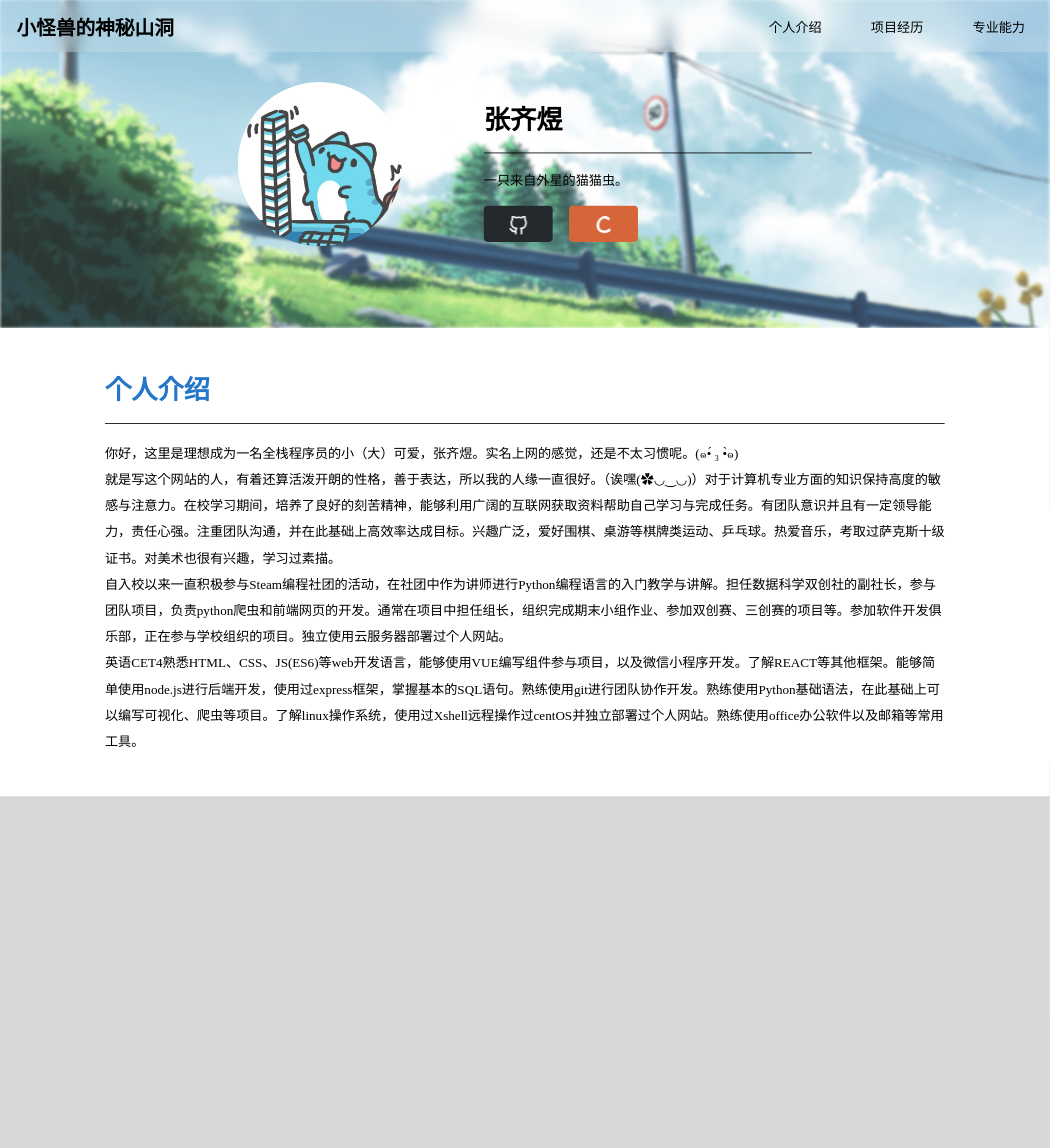
Repository: TheBiggestFatCat/myblog-frontend
Page: /
These files come from the project's save history. The page is drawn as it stood at one moment and after the next save; the edit follows.
The browser window is 1280 px wide. The pictures show the whole page, at 82% of full size.
The project was rebuilt for these pictures with package versions that can differ from the ones it lists, and the page was loaded fresh each time. Also part of the build but not shown: vite.config.ts.

Above is the page before, as saved 2023-02-26 11:06:22.

### src/style.css
* {
  margin: 0;
  box-sizing: border-box;
  padding: 0;
}

/* :root {
  font-family: Inter, system-ui, Avenir, Helvetica, Arial, sans-serif;
  line-height: 1.5;
  font-weight: 400;

  color-scheme: light dark;
  color: rgba(255, 255, 255, 0.87);
  background-color: #242424;

  font-synthesis: none;
  text-rendering: optimizeLegibility;
  -webkit-font-smoothing: antialiased;
  -moz-osx-font-smoothing: grayscale;
  -webkit-text-size-adjust: 100%;
}

a {
  font-weight: 500;
  color: #646cff;
  text-decoration: inherit;
}
a:hover {
  color: #535bf2;
}

body {
  margin: 0;
  display: flex;
  place-items: center;
  min-width: 320px;
  min-height: 100vh;
}

h1 {
  font-size: 3.2em;
  line-height: 1.1;
}

button {
  border-radius: 8px;
  border: 1px solid transparent;
  padding: 0.6em 1.2em;
  font-size: 1em;
  font-weight: 500;
  font-family: inherit;
  background-color: #1a1a1a;
  cursor: pointer;
  transition: border-color 0.25s;
}
button:hover {
  border-color: #646cff;
}
button:focus,
button:focus-visible {
  outline: 4px auto -webkit-focus-ring-color;
}

.card {
  padding: 2em;
}

#app {
  max-width: 1280px;
  margin: 0 auto;
  padding: 2rem;
  text-align: center;
}

@media (prefers-color-scheme: light) {
  :root {
    color: #213547;
    background-color: #ffffff;
  }
  a:hover {
    color: #747bff;
  }
  button {
    background-color: #f9f9f9;
  }
} */

### src/App.vue
<script setup lang="ts">
import Home from './components/Home/Home.vue';
</script>

<template>
  <Home/>
</template>

<style scoped>
</style>

### src/components/Home/Home.vue
<template>
  <div class="home">
    <!-- 导航栏 -->
    <Navigation></Navigation>

    <!-- 头部 -->
    <div class="home-top">
      <div class="avatar">
        <img :src="avatar" alt="Image">
      </div>
      <div class="avatar-right">
        <h2>{{ name }}</h2>
        <div class="border"></div>
        <p v-for="i in introduction" :key="i">{{ i }}</p>
        <a href="https://github.com/" target="_blank">
          <button><img src="@/assets/icons/github.svg" style="position: relative; top: 4px;" alt=""></button>
        </a>
        <a href="https://blog.csdn.net/" target="_blank">
          <button><img src="@/assets/icons/csdn.svg" style="position: relative; top: 2px; width: 24px" alt=""></button>
        </a>
      </div>
    </div>

    <!-- 头部以下 -->
    <div class="home-body">
      <div class="personal">
        <h3>个人介绍</h3>
        <div class="border"></div>
        <p v-for="i in personalText">{{ i }}</p>
      </div>
    </div>
  </div>
</template>

<script lang='ts' setup>
import Navigation from './Navigation.vue';
import { ref } from 'vue'

// 头像
const avatar = ref('src/assets/pics/avatar.jpg')

// 姓名
const name = '张齐煜'

// 顶部介绍，允许多行
const introduction = [
  '一只来自外星的猫猫虫。',
]

// 头部以下

// 个人介绍
const personalText = [
  '你好，这里是理想成为一名全栈程序员的小（大）可爱，张齐煜。实名上网的感觉，还是不太习惯呢。(๑•́ ₃ •̀๑)',
  '就是写这个网站的人，有着还算活泼开朗的性格，善于表达，所以我的人缘一直很好。（诶嘿(✿◡‿◡)）对于计算机专业方面的知识保持高度的敏感与注意力。在校学习期间，培养了良好的刻苦精神，能够利用广阔的互联网获取资料帮助自己学习与完成任务。有团队意识并且有一定领导能力，责任心强。注重团队沟通，并在此基础上高效率达成目标。兴趣广泛，爱好围棋、桌游等棋牌类运动、乒乓球。热爱音乐，考取过萨克斯十级证书。对美术也很有兴趣，学习过素描。',
  '自入校以来一直积极参与Steam编程社团的活动，在社团中作为讲师进行Python编程语言的入门教学与讲解。担任数据科学双创社的副社长，参与团队项目，负责python爬虫和前端网页的开发。通常在项目中担任组长，组织完成期末小组作业、参加双创赛、三创赛的项目等。参加软件开发俱乐部，正在参与学校组织的项目。独立使用云服务器部署过个人网站。',
  '英语CET4熟悉HTML、CSS、JS(ES6)等web开发语言，能够使用VUE编写组件参与项目，以及微信小程序开发。了解REACT等其他框架。能够简单使用node.js进行后端开发，使用过express框架，掌握基本的SQL语句。熟练使用git进行团队协作开发。熟练使用Python基础语法，在此基础上可以编写可视化、爬虫等项目。了解linux操作系统，使用过Xshell远程操作过centOS并独立部署过个人网站。熟练使用office办公软件以及邮箱等常用工具。'
]

</script>

<style lang="less" scoped>
.home-top {
  width: 100vw;
  height: 400px;
  align-items: center;
  display: flex;
  flex-flow: row nowrap;
  justify-content: center;

  .avatar {
    width: 300px;
    height: 200px;
    padding-right: 60px;

    img {
      width: 200px;
      height: 200px;
      border-radius: 50%;
    }
  }

  .avatar-right {
    width: 400px;
    height: 160px;

    h2 {
      font-size: 32px;
    }

    .border {
      margin: 20px 0 20px 0;
      width: 100%;
      border-top: 1px solid #000;
    }

    p {
      margin-bottom: 20px;
    }

    // github按钮
    a:nth-of-type(1) button {
      background-color: #24292e;
      color: #fff;
      padding: 8px 30px;
      border: none;
      border-radius: 5px;
      font-size: 16px;
      cursor: pointer;
      transition: all .2s;
    }

    a:nth-of-type(1) button:hover {
      background-color: #3e4147;
    }

    // csdn按钮
    a:nth-of-type(2) button{
      background-color: #d66639;
      color: #fff;
      padding: 8px 30px;
      border: none;
      border-radius: 5px;
      font-size: 16px;
      cursor: pointer;
      transition: all .2s;
      margin-left: 20px;
    }

    a:nth-of-type(2) button:hover {
      background-color: #d87d59;
    }
  }
}

.home-top::before {
  content: "";
  position: absolute;
  top: 0;
  left: 0;
  width: 100vw;
  height: 400px;
  // width: 100%;
  // height: 100%;
  background-image: url(@/assets/pics/home3.jpg);
  background-position: 0 -400px;
  background-size: cover;
  filter: blur(2px);
  /* 设置模糊半径 */
  opacity: 0.85;
  /* 设置不透明度 */
  z-index: -1;
  /* 将遮罩层放在最底层 */
}

.home-body {
  height: 1000px;
  background-color: #d8d8d8;

  .personal {
    background-color: #fff;
    padding: 50px 10vw 50px 10vw;
    h3 {
      font-size: 32px;
      color: #2376c8;
    }
    .border {
      width: 100%;
      margin: 20px 0 20px 0;
      border-top: 1px solid #000;
    }
    p {
      line-height: 200%;
    }
  }


}
</style>

### src/components/Home/Navigation.vue
<template>
  <nav :class="{'bg-white': !isTop, 'bg-blur': isTop}">
      <div class="logo">小怪兽的神秘山洞</div>
        <div class="ui">
          <div>个人介绍</div>
          <div>项目经历</div>
          <div>专业能力</div>
        </div>
  </nav>
</template>

<script lang="ts">
import { onMounted, onUnmounted, ref } from 'vue'

export default {
  name: 'Navigation',

  setup() {
    const isTop = ref(true)

    const handleScroll = () => {
      isTop.value = window.pageYOffset === 0
    }

    onMounted(() => {
      window.addEventListener('scroll', handleScroll)
    })

    onUnmounted(() => {
      window.removeEventListener('scroll', handleScroll)
    })

    return { isTop }
  }
}
</script>

<style lang="less" scoped>
nav {
  position: fixed;
  height: 64px;
  top: 0;
  left: 0;
  right: 0;
  padding: 0 20px 0 20px;
  transition: background-color 0.3s ease-in-out;
  display: flex;
  justify-content: space-between;
  align-items: center;
}


.logo {
  font-weight: bold;
  font-size: 24px;
}

.ui {
  display: flex;
  list-style: none;
  margin: 0;
  padding: 0;
  height: 100%;
  div {
    position: relative;
    display: flex;
    padding: 0 10px 0 10px;
    align-items: center;
    margin-left: 40px;
    height: 100%;
    cursor: pointer;
  }

  div::before {
    content: "";
    position: absolute;
    top: 0;
    left: 0;
    right: 0;
    bottom: 0;
    opacity: 0;
    background-color: rgba(0, 0, 0, 0.5); /* 半透明的灰色背景 */
    transition: opacity 0.3s ease;
  }

  div:hover::before {
  opacity: 0.3;
}
}



.bg-white {
  background-color: white;
}

.bg-blur {
  background-color: rgba(255, 255, 255, 0.198);
  backdrop-filter: blur(10px);
}
</style>

Loaded but not shown: index.html (common file); src/main.ts (common file)

After the next save:
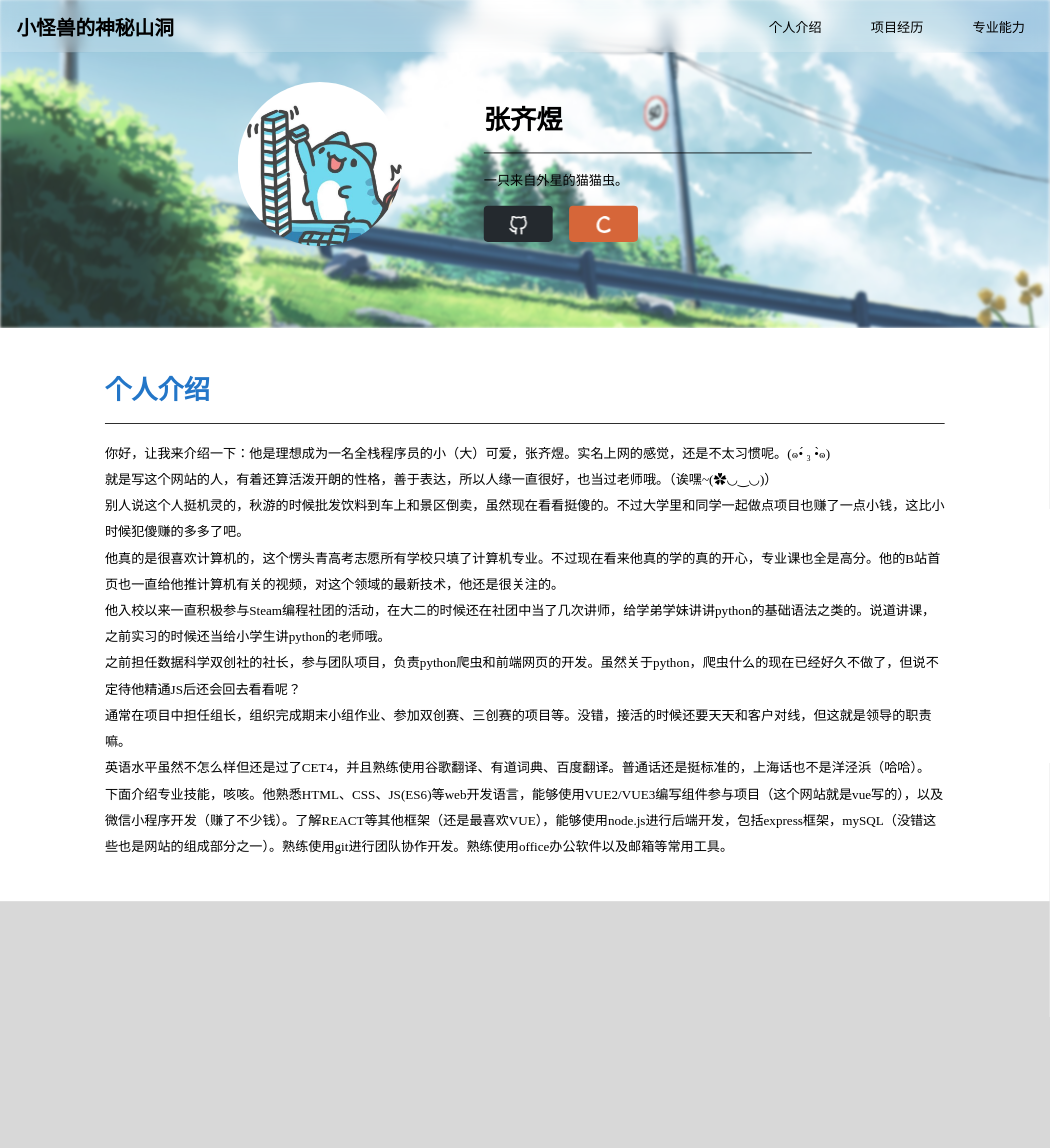
Saved 17 min 24 s later.
--- a/src/components/Home/Home.vue
+++ b/src/components/Home/Home.vue
@@ -51,10 +51,16 @@ const introduction = [
 
 // 个人介绍
 const personalText = [
-  '你好，这里是理想成为一名全栈程序员的小（大）可爱，张齐煜。实名上网的感觉，还是不太习惯呢。(๑•́ ₃ •̀๑)',
-  '就是写这个网站的人，有着还算活泼开朗的性格，善于表达，所以我的人缘一直很好。（诶嘿(✿◡‿◡)）对于计算机专业方面的知识保持高度的敏感与注意力。在校学习期间，培养了良好的刻苦精神，能够利用广阔的互联网获取资料帮助自己学习与完成任务。有团队意识并且有一定领导能力，责任心强。注重团队沟通，并在此基础上高效率达成目标。兴趣广泛，爱好围棋、桌游等棋牌类运动、乒乓球。热爱音乐，考取过萨克斯十级证书。对美术也很有兴趣，学习过素描。',
-  '自入校以来一直积极参与Steam编程社团的活动，在社团中作为讲师进行Python编程语言的入门教学与讲解。担任数据科学双创社的副社长，参与团队项目，负责python爬虫和前端网页的开发。通常在项目中担任组长，组织完成期末小组作业、参加双创赛、三创赛的项目等。参加软件开发俱乐部，正在参与学校组织的项目。独立使用云服务器部署过个人网站。',
-  '英语CET4熟悉HTML、CSS、JS(ES6)等web开发语言，能够使用VUE编写组件参与项目，以及微信小程序开发。了解REACT等其他框架。能够简单使用node.js进行后端开发，使用过express框架，掌握基本的SQL语句。熟练使用git进行团队协作开发。熟练使用Python基础语法，在此基础上可以编写可视化、爬虫等项目。了解linux操作系统，使用过Xshell远程操作过centOS并独立部署过个人网站。熟练使用office办公软件以及邮箱等常用工具。'
+  '你好，让我来介绍一下：他是理想成为一名全栈程序员的小（大）可爱，张齐煜。实名上网的感觉，还是不太习惯呢。(๑•́ ₃ •̀๑)',
+  '就是写这个网站的人，有着还算活泼开朗的性格，善于表达，所以人缘一直很好，也当过老师哦。（诶嘿~(✿◡‿◡)）',
+  '别人说这个人挺机灵的，秋游的时候批发饮料到车上和景区倒卖，虽然现在看看挺傻的。不过大学里和同学一起做点项目也赚了一点小钱，这比小时候犯傻赚的多多了吧。',
+  '他真的是很喜欢计算机的，这个愣头青高考志愿所有学校只填了计算机专业。不过现在看来他真的学的真的开心，专业课也全是高分。他的B站首页也一直给他推计算机有关的视频，对这个领域的最新技术，他还是很关注的。',
+  '',
+  '他入校以来一直积极参与Steam编程社团的活动，在大二的时候还在社团中当了几次讲师，给学弟学妹讲讲python的基础语法之类的。说道讲课，之前实习的时候还当给小学生讲python的老师哦。',
+  '之前担任数据科学双创社的社长，参与团队项目，负责python爬虫和前端网页的开发。虽然关于python，爬虫什么的现在已经好久不做了，但说不定待他精通JS后还会回去看看呢？',
+  '通常在项目中担任组长，组织完成期末小组作业、参加双创赛、三创赛的项目等。没错，接活的时候还要天天和客户对线，但这就是领导的职责嘛。',
+  '英语水平虽然不怎么样但还是过了CET4，并且熟练使用谷歌翻译、有道词典、百度翻译。普通话还是挺标准的，上海话也不是洋泾浜（哈哈）。',
+  '下面介绍专业技能，咳咳。他熟悉HTML、CSS、JS(ES6)等web开发语言，能够使用VUE2/VUE3编写组件参与项目（这个网站就是vue写的），以及微信小程序开发（赚了不少钱）。了解REACT等其他框架（还是最喜欢VUE），能够使用node.js进行后端开发，包括express框架，mySQL（没错这些也是网站的组成部分之一）。熟练使用git进行团队协作开发。熟练使用office办公软件以及邮箱等常用工具。'
 ]
 
 </script>
